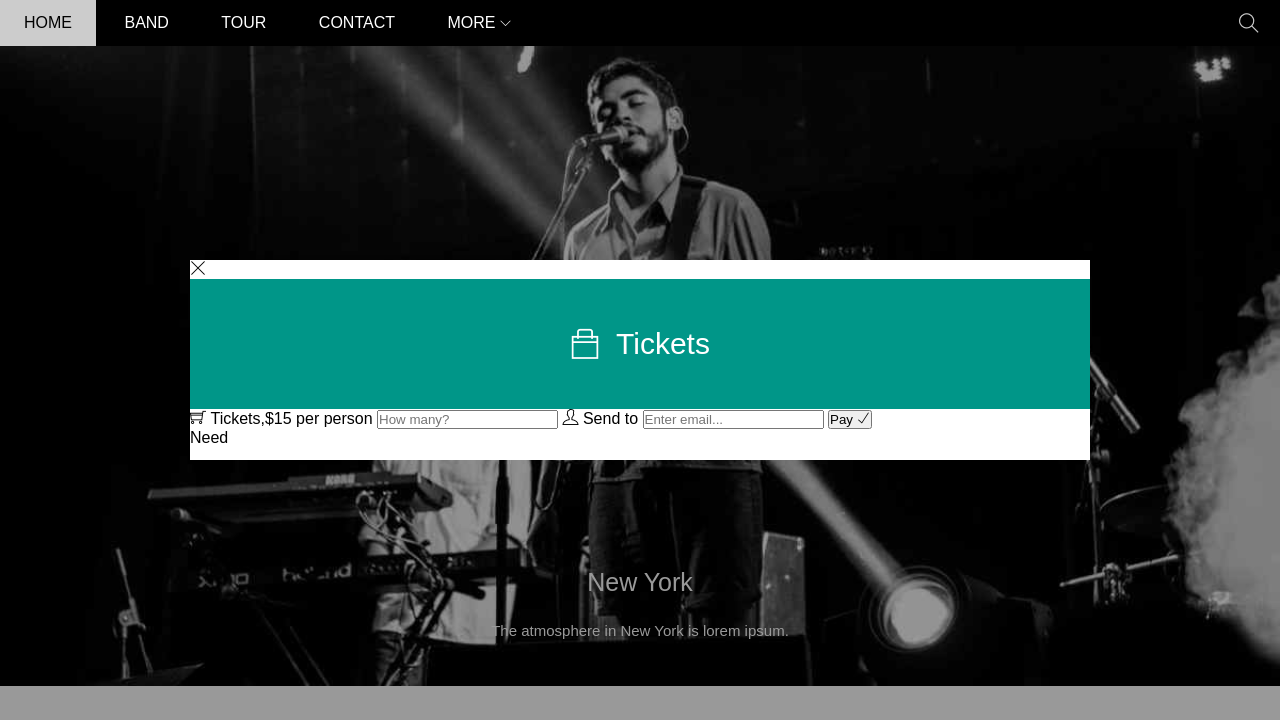
Repository: BrandonTuan777/The_Band
Page: index.html
The author's editor kept a copy of each file at every save. The page is drawn from the files as they stood at one save, then again after the next save.
The browser window is 1280 px wide. The pictures show the window.
A layer covers the whole window, so only the first screen is drawn.

Above is the page before, as saved 2022-04-17 21:01:30.

After the next save:
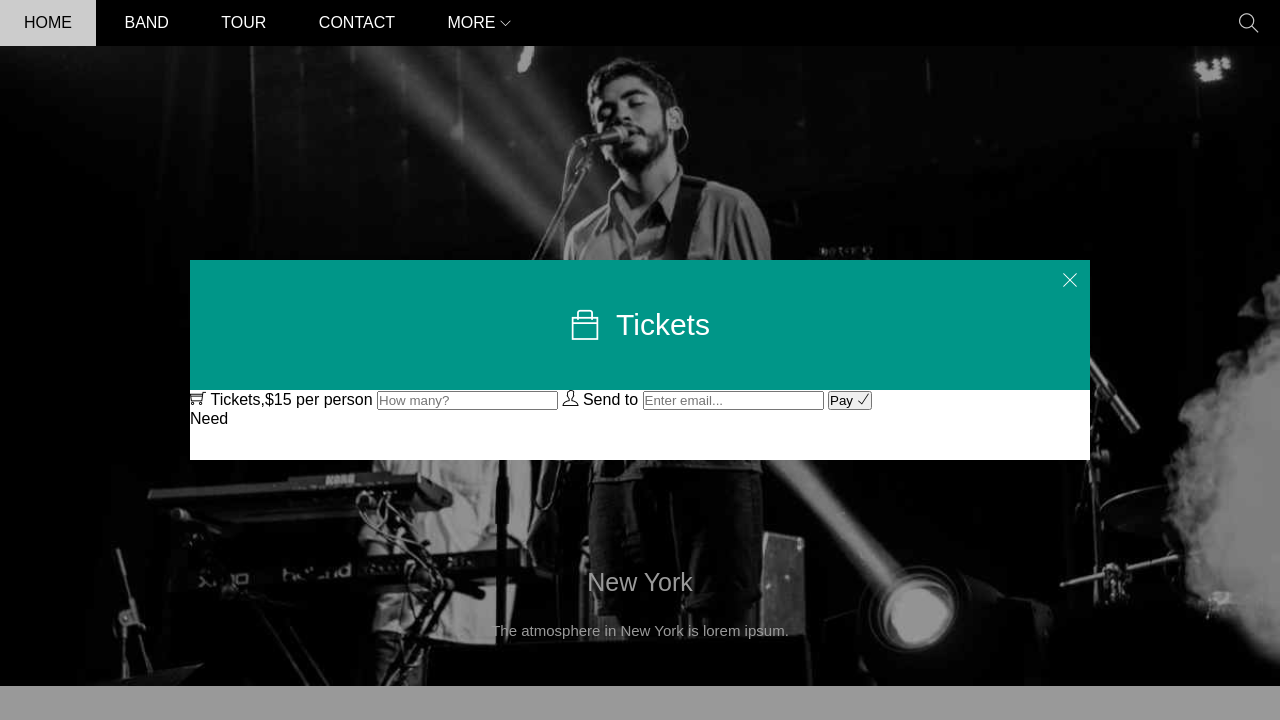
Saved 3 min 43 s later.
--- a/assets/css/styles.css
+++ b/assets/css/styles.css
@@ -422,3 +422,12 @@ header.modal-header {
   font-size: 30px;
   color: #fff;
 }
+
+.modal-close {
+  position: absolute;
+  right: 0;
+  top: 0;
+  color: #fff;
+  padding: 12px;
+  cursor: pointer;
+}
